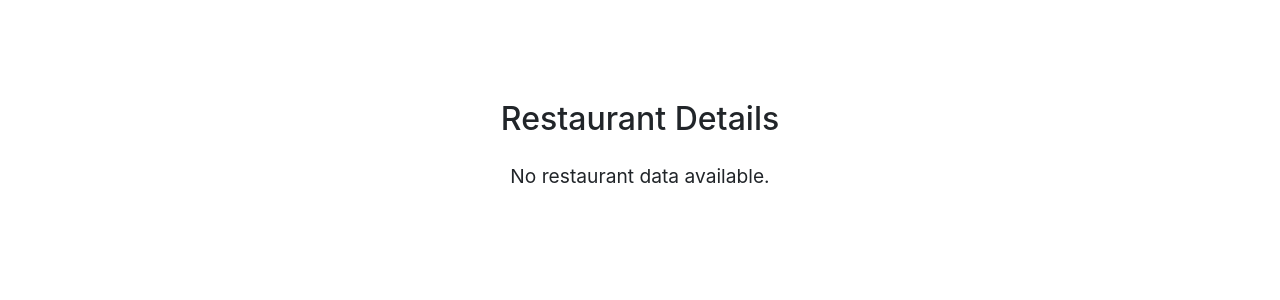
Repository: Rupeswarbhainsa777/Food-Web-App
Page: http://localhost/TapFoodApp/ResturentMangemtByAdmin.jsp
These files come from the project's save history. The page is drawn as it stood at one moment and after the next save; the edit follows.
The browser window is 1280 px wide. The pictures show the whole page.
The page is served by Tomcat 10. Nobody is signed in. The application's start-up code is not run. Other server files are loaded and not shown.

Above is the page before, as saved 2025-05-14 22:57:43.

### TapFoodApp/src/main/webapp/ResturentMangemtByAdmin.jsp
<%@ page language="java" contentType="text/html; charset=UTF-8" pageEncoding="UTF-8"%>
<%@ page import="java.util.List" %>
<%@ page import="com.tap.modeal.Restaurant" %>

<%
    List<Restaurant> restaurants = (List<Restaurant>) session.getAttribute("restaurant");
%>

<html>
<head>
    <title>Restaurant Info</title>
    <link rel="stylesheet" href="https://maxcdn.bootstrapcdn.com/bootstrap/4.5.2/css/bootstrap.min.css">
    <style>
        .restaurant-info {
            margin-top: 100px;
            text-align: center;
        }
        .restaurant-info h1 {
            font-size: 2.5rem;
        }
        .restaurant-info p {
            font-size: 1.2rem;
        }
    </style>
</head>
<body>

<div class="container restaurant-info">
    <h2 class="mb-4">Restaurant Details</h2>

    <%
        if (restaurants != null) {
            for (Restaurant res : restaurants) {
    %>
        <div class="card mb-4">
            <div class="card-body">
                <h3 class="card-title"><%= res.getName() %></h3>
                <p class="card-text"><strong>Address:</strong> <%= res.getAddress() %></p>

                <!-- Delete Button Form -->
                <form action="DeleteRestaurantServlet" method="post" onsubmit="return confirm('Are you sure you want to delete this restaurant?');">
                    <input type="hidden" name="restaurantId" value="<%= res.getRestaurantId() %>" />
                    <button type="submit" class="btn btn-danger">Delete</button>
                </form>
            </div>
        </div>
    <%
            }
        } else {
    %>
        <p>No restaurant data available.</p>
    <%
        }
    %>
</div>

</body>
</html>

After the next save:
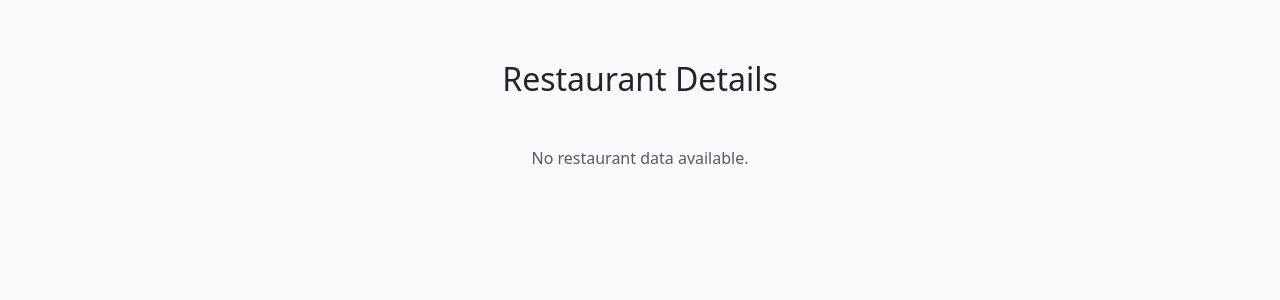
Saved 5 min 6 s later.
--- a/TapFoodApp/src/main/webapp/ResturentMangemtByAdmin.jsp
+++ b/TapFoodApp/src/main/webapp/ResturentMangemtByAdmin.jsp
@@ -6,53 +6,89 @@
     List<Restaurant> restaurants = (List<Restaurant>) session.getAttribute("restaurant");
 %>
 
-<html>
+<!DOCTYPE html>
+<html lang="en">
 <head>
+    <meta charset="UTF-8">
     <title>Restaurant Info</title>
-    <link rel="stylesheet" href="https://maxcdn.bootstrapcdn.com/bootstrap/4.5.2/css/bootstrap.min.css">
+    <meta name="viewport" content="width=device-width, initial-scale=1.0">
+
+    <!-- Bootstrap 5 CSS -->
+    <link href="https://cdn.jsdelivr.net/npm/bootstrap@5.3.2/dist/css/bootstrap.min.css" rel="stylesheet">
+
     <style>
+        body {
+            background-color: #f8f9fa;
+        }
         .restaurant-info {
-            margin-top: 100px;
-            text-align: center;
+            margin-top: 60px;
         }
-        .restaurant-info h1 {
-            font-size: 2.5rem;
+        .card {
+            transition: transform 0.3s ease, box-shadow 0.3s ease;
+            border-radius: 15px;
+            border: none;
         }
-        .restaurant-info p {
-            font-size: 1.2rem;
+        .card:hover {
+            transform: translateY(-5px);
+            box-shadow: 0 10px 20px rgba(0, 0, 0, 0.1);
+        }
+        .card-title {
+            color: #2c3e50;
+        }
+        .btn-danger {
+            transition: background-color 0.3s ease;
+        }
+        .btn-danger:hover {
+            background-color: #c82333;
         }
     </style>
 </head>
 <body>
 
 <div class="container restaurant-info">
-    <h2 class="mb-4">Restaurant Details</h2>
+    <h2 class="text-center mb-5">Restaurant Details</h2>
 
+    <div class="row">
     <%
-        if (restaurants != null) {
+        if (restaurants != null && !restaurants.isEmpty()) {
             for (Restaurant res : restaurants) {
     %>
-        <div class="card mb-4">
-            <div class="card-body">
-                <h3 class="card-title"><%= res.getName() %></h3>
-                <p class="card-text"><strong>Address:</strong> <%= res.getAddress() %></p>
-
-                <!-- Delete Button Form -->
-                <form action="DeleteRestaurantServlet" method="post" onsubmit="return confirm('Are you sure you want to delete this restaurant?');">
-                    <input type="hidden" name="restaurantId" value="<%= res.getRestaurantId() %>" />
-                    <button type="submit" class="btn btn-danger">Delete</button>
-                </form>
+        <div class="col-md-6 col-lg-4 mb-4">
+            <div class="card h-100">
+                <div class="card-body d-flex flex-column justify-content-between">
+                    <div>
+                        <h4 class="card-title"><%= res.getName() %></h4>
+                        <p class="card-text"><strong>Address:</strong> <%= res.getAddress() %></p>
+                    </div>
+                    <form action="DeleteRestaurantServlet" method="post" onsubmit="return confirmDelete();">
+                        <input type="hidden" name="restaurantId" value="<%= res.getRestaurantId() %>" />
+                        <button type="submit" class="btn btn-danger mt-3 w-100">Delete</button>
+                    </form>
+                </div>
             </div>
         </div>
     <%
             }
         } else {
     %>
-        <p>No restaurant data available.</p>
+        <div class="col-12 text-center">
+            <p class="text-muted">No restaurant data available.</p>
+        </div>
     <%
         }
     %>
+    </div>
 </div>
+
+<!-- Bootstrap JS Bundle -->
+<script src="https://cdn.jsdelivr.net/npm/bootstrap@5.3.2/dist/js/bootstrap.bundle.min.js"></script>
+
+<!-- Custom JS for confirmation -->
+<script>
+    function confirmDelete() {
+        return confirm("Are you sure you want to delete this restaurant?");
+    }
+</script>
 
 </body>
 </html>
